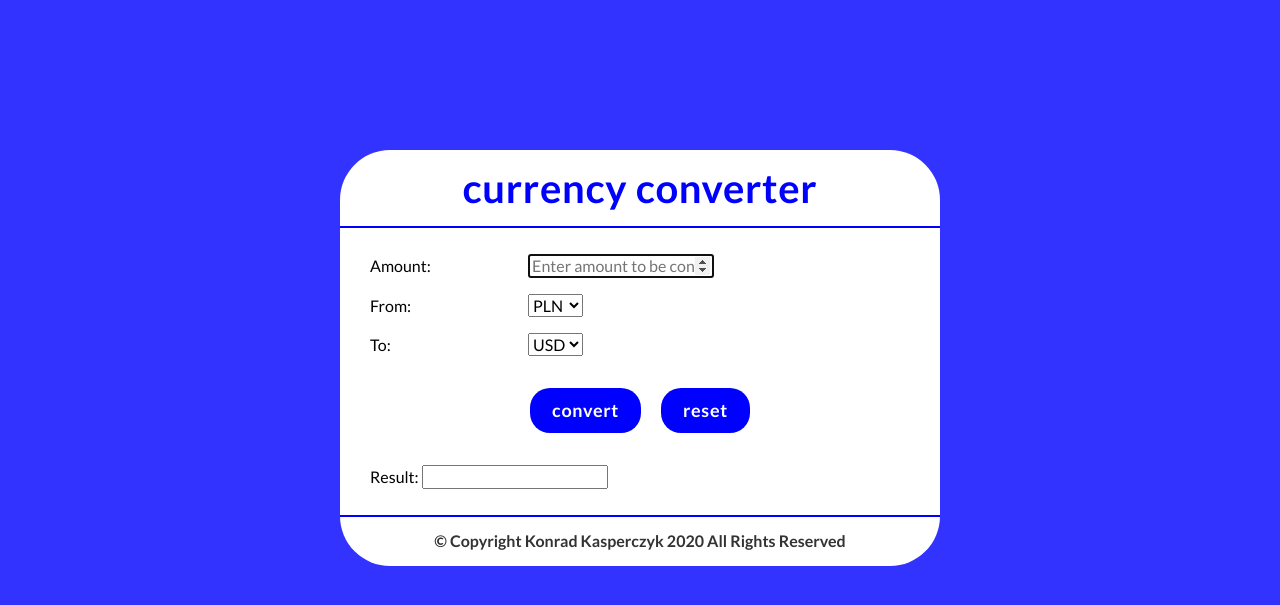
Repository: kkasperczyk/currency-converter
Page: index.html
The author's editor kept a copy of each file at every save. The page is drawn from the files as they stood at one save, then again after the next save.
The browser window is 1280 px wide. The pictures show the whole page.

Above is the page before, as saved 2020-06-16 13:20:29.

After the next save:
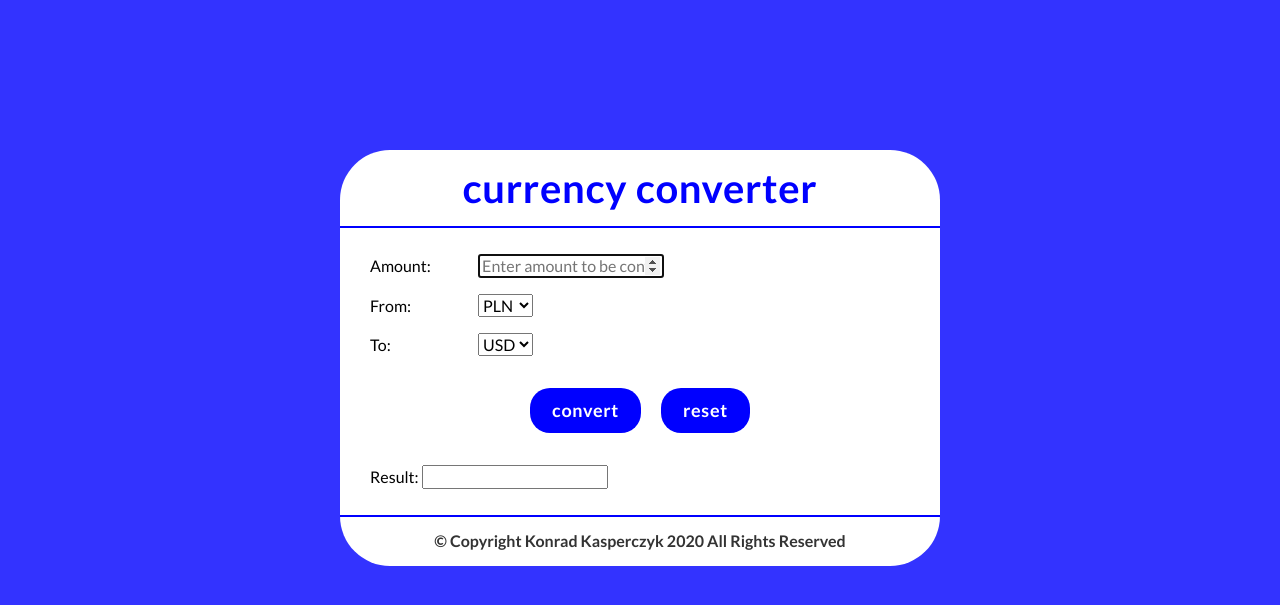
Saved 28 s later.
--- a/css/form.css
+++ b/css/form.css
@@ -1,6 +1,6 @@
 .form__labelText {
     display: inline-block;
-    width: 150px;
+    width: 100px;
     margin-right: 5px;
 }
 
